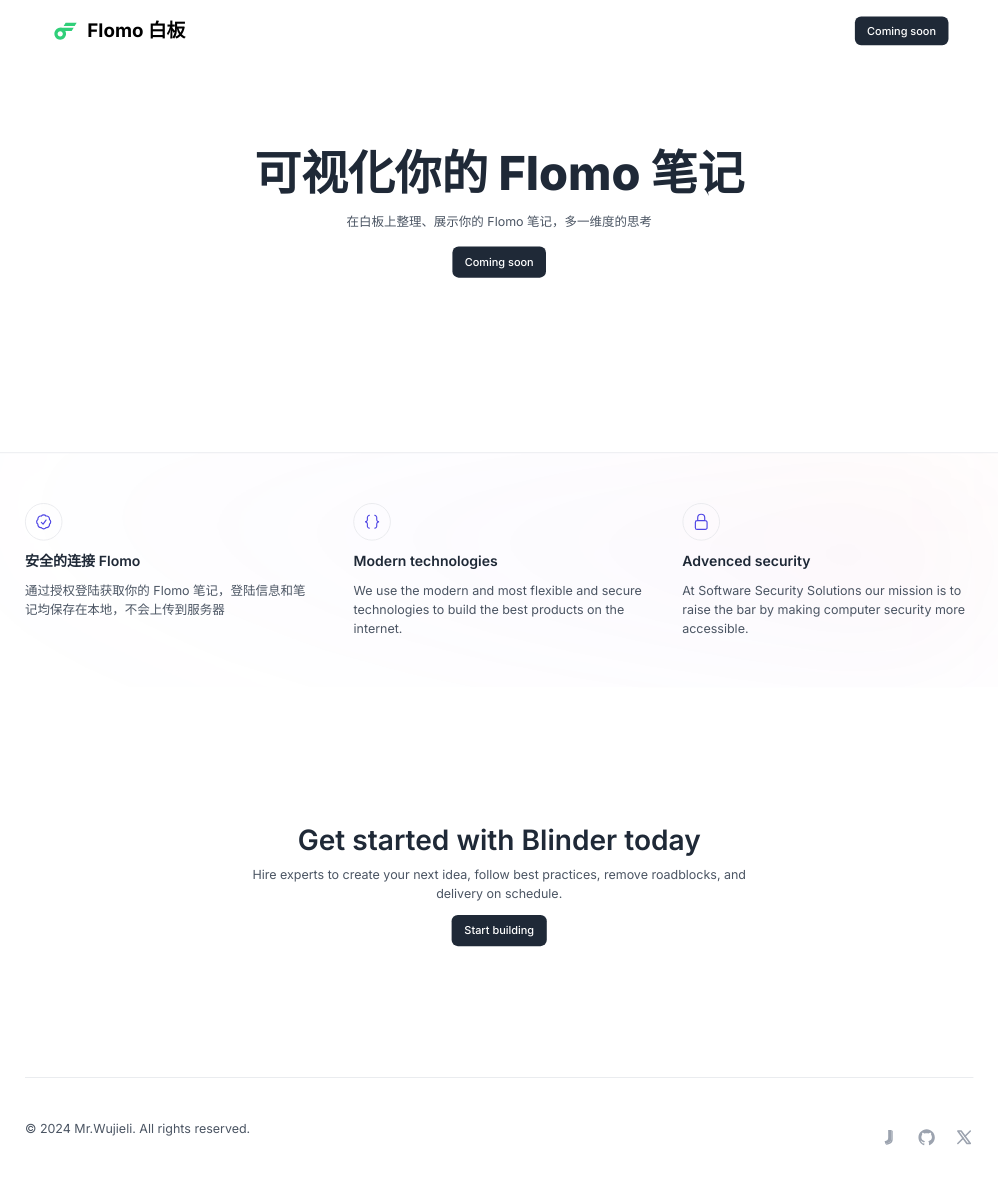
Repository: wujieli0207/flomo-board
Page: /
These files come from the project's save history. The page is drawn as it stood at one moment and after the next save; the edit follows.
The browser window is 1280 px wide. The pictures show the whole page, at 78% of full size.
The project was rebuilt for these pictures with package versions that can differ from the ones it lists, and the page was loaded fresh each time. The framework's server and built-in components were replaced by stand-ins that run in the browser. Also part of the build but not shown: next.config.mjs.

Above is the page before, as saved 2024-06-22 20:21:40.

After the next save:
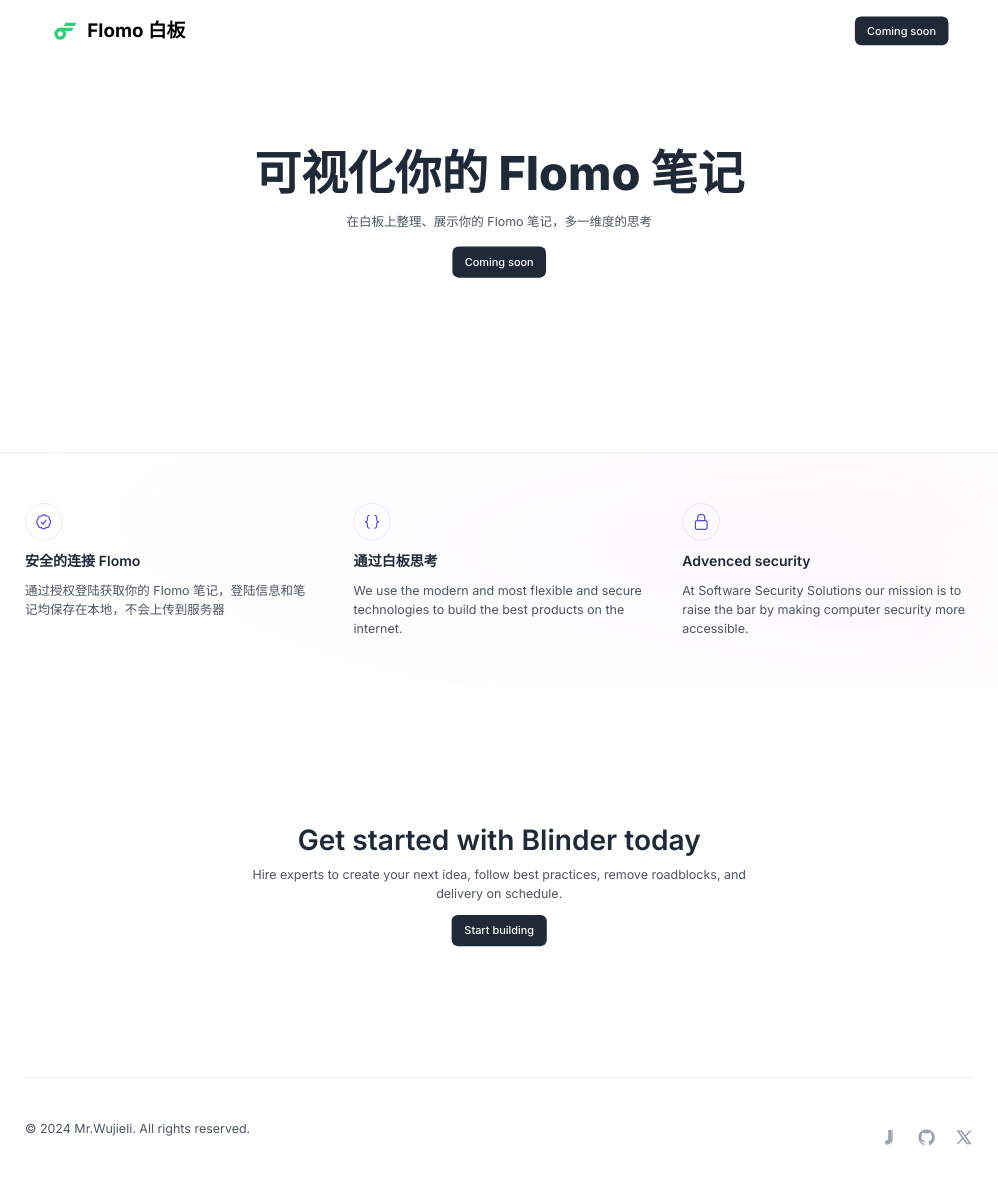
Saved 15 s later.
--- a/components/ui/Features/index.tsx
+++ b/components/ui/Features/index.tsx
@@ -38,7 +38,7 @@
           />
         </svg>
       ),
-      title: 'Modern technologies',
+      title: '通过白板思考',
       desc: 'We use the modern and most flexible and secure technologies to build the best products on the internet.',
     },
     {
